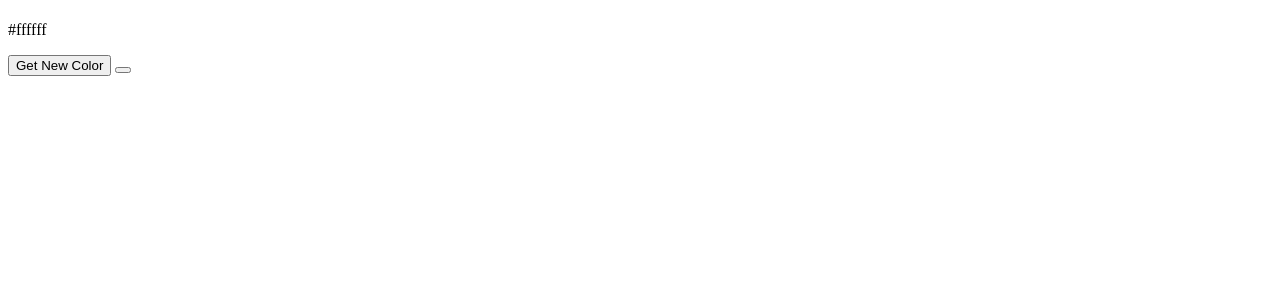
Repository: codimis/JSB-01-Color-Changer
Page: index.html
These files come from the project's save history. The page is drawn as it stood at one moment and after the next save; the edit follows.
The browser window is 1280 px wide. The pictures show the whole page.

Above is the page before, as saved 2021-09-17 01:29:23.

After the next save:
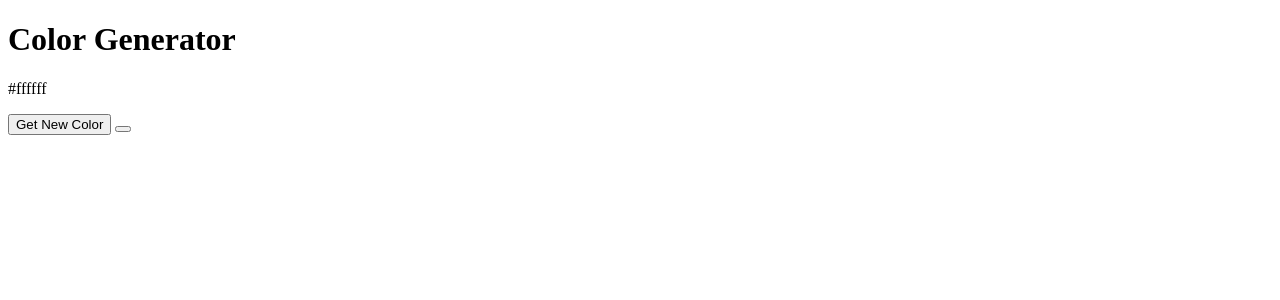
Saved 7 s later.
--- a/index.html
+++ b/index.html
@@ -10,7 +10,7 @@
 </head>
 <body>
     <div class="container">
-        <h1></h1>
+        <h1>Color Generator</h1>
         <p id="currentColor">#ffffff</p>
         <button id="pickColor">Get New Color</button>
         <button id="copyColor"></button></div>
